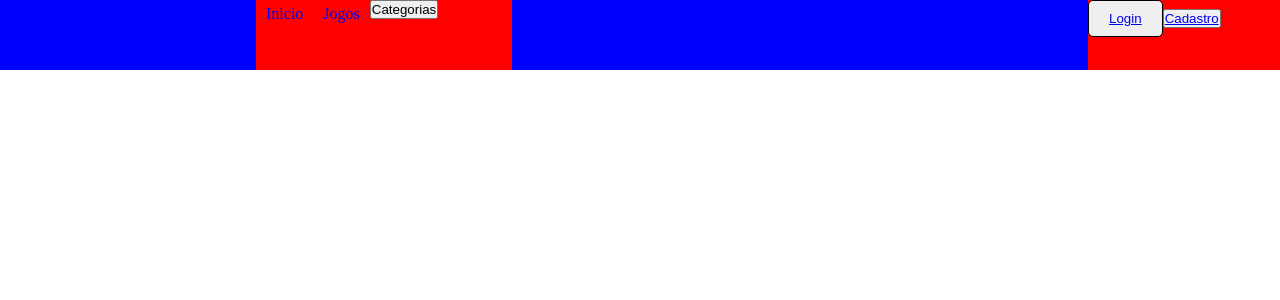
Repository: MarcoantonioCaldeira/Projeto-Go-Gamming
Page: /
An editor plug-in stored every save of this project. The page is shown before and after the next save, followed by the edit.
The browser window is 1280 px wide. The pictures show the whole page.
The project was rebuilt for these pictures with package versions that can differ from the ones it lists, and the page was loaded fresh each time. Also part of the build but not shown: src/pages/Inicio/estilo.css, src/pages/rodape/rodape.js, src/pages/Inicio/Inicio.js, src/pages/Jogos/Jogos.js, src/pages/Categorias/Acao.js, src/pages/Categorias/Aventura.js, src/pages/Categorias/Arcades.js, src/pages/Categorias/Familia.js and 7 more.

Above is the page before, as saved 2023-02-05 14:13:18.

### src/App.js
import ReactDOM from "react-dom/client";
import "./fonts/Poppins.ttf";
import { BrowserRouter, Routes, Route } from "react-router-dom";

import Menu from "./pages/Menu/Menu";
import Inicio from "./pages/Inicio/Inicio";

//Categorias
import Jogos from "./pages/Jogos/Jogos";
import Acao from "./pages/Categorias/Acao";
import Aventura from "./pages/Categorias/Aventura";
import Arcades from "./pages/Categorias/Arcades";
import Familia from "./pages/Categorias/Familia";
import Independentes from "./pages/Categorias/Independentes";
import Jogos_RPG from "./pages/Categorias/Jogos_RPG";
import Gratuitos from "./pages/Categorias/Gratuitos";
import Terror from "./pages/Categorias/Terror";
import Suspence from "./pages/Categorias/Suspence";


import Login from "./pages/Login/Login";
import Cadastro from "./pages/Cadastro/Cadastro";

function App() {
  return (
   <BrowserRouter>
    <Routes>
      <Route path="/" element={<Menu />}>
        <Route path="Inicio" element={<Inicio />}/>
        <Route path="jogos" element={< Jogos />}/>
          <Route path="Acao" element={<Acao />}/>
          <Route path="Aventura" element={<Aventura />}/>
          <Route path="Arcades" element={<Arcades />}/>
          <Route path="Familia" element={<Familia />}/>
          <Route path="Independentes" element={<Independentes />}/>
          <Route path="Jogos_RPG" element={<Jogos_RPG />}/>
          <Route path="Gratuitos" element={<Gratuitos />}/>
          <Route path="Terror" element={<Terror />}/>
          <Route path="Suspence" element={<Suspence />}/>
        <Route path="Login" element={<Login />}/>
        <Route path="Cadastro" element={<Cadastro />}/>
      </Route>
    </Routes>
   </BrowserRouter>
  );
}

const root = ReactDOM.createRoot(document.getElementById('root'))
root.render(<App />);
export default App;

### src/pages/Menu/Menu.js
import { Outlet, Link } from "react-router-dom";
import './estilo.css';


const Menu = () => {
  return (
      <>
        <nav id="nav_bar">
          <ul id="menu">
            <li>
              <Link to="./Inicio">Inicio</Link>
            </li>
            <li>
              <Link to="./Jogos">Jogos</Link>
            </li>
            <div class="dropdown" >
              <button class="dropbtn">Categorias</button>
                  <div class="dropdown-content">
                    <a><Link to="./Acao">Ação</Link></a>
                    <a><Link to="./Aventura">Aventura</Link></a>
                    <a><Link to="./Arcades">Arcades</Link></a>
                    <a><Link to="./Familia">Familia</Link></a>
                    <a><Link to="./Independentes">Independetes</Link></a>
                    <a><Link to="./Jogos_RPG">Jogos_RPG</Link></a>
                    <a><Link to="./Gratuitos">Gratuitos</Link></a>
                    <a><Link to="./Terror">Torror</Link></a>
                    <a><Link to="./Suspence">Suspence</Link></a>
                  </div>
            </div>
          </ul>
          <div id="area_cliente">
            <button class="area_cliente_login"><Link to="./Login">Login</Link></button>
            <button class="area_cliente_cadastro"><Link to="./Cadastro">Cadastro</Link></button>
          </div>
        </nav>
        <Outlet />
      </>
  )
};

export default Menu;

### src/pages/Menu/estilo.css

*{
    margin: 0;
    padding: 0;
}

/* a, ul{
    display: inline;
    color: white;
    text-decoration: none !important;
    font-family: Arial;
} */


#nav_bar{
    width: 100%;
    height: 70px;
    background-color: blue;
}


#menu{
    width:20%;
    height: 70px;
    margin-left: 20%;
    background-color: red;
    list-style:none;
}

#nav_bar li{
    position:relative;
    float:left;
}

#nav_bar li a{ text-decoration:none; padding:5px 10px; display:block;}

/* DropDown Button */

.dropdown {
    position: relative;
    display: inline-block;
}


.dropbtn {
    /* background-color: #4CAF50; */
    /* color: white; */
    /* padding: 16px; */
    /* font-size: 16px; */
    /* border: none; */
    /* cursor: pointer; */
}


.dropdown-content {
    display: none;
    position: absolute;
    background-color: #f9f9f9;
    font-weight: 500;
    font-family: 'Montserrat', sans-serif;
    min-width: 160px;
    box-shadow: 0px 8px 16px 0px rgba(0,0,0,0.2);
    z-index: 1;
  }

  .dropdown-content a {
    color: black;
    padding: 12px 16px;
    text-decoration: none;
    display: block;
  }

  .dropdown-content a:hover {background-color: #f1f1f1}


  .dropdown:hover .dropdown-content {
    display: block;
  }

  /* Area do Cliente */

  #area_cliente{
    position: relative;
    width: 15%;
    margin-left: 85%;
    margin-top: -5.5%;
    height: 70px;
    text-decoration: none;
    background-color: red;
  }

  .area_cliente_login{
    padding: 10px 20px;
    border-radius: 5px;
    font-family: 'Montserrat', sans-serif;
    text-decoration: none;
    border: 1px solid;
    border-color: none;
  }

  .area_cliente_Cadastro{
    padding: 10px 20px;
    border-radius: 5px;
    font-family: 'Montserrat', sans-serif;
    text-decoration: none;
    border: 1px solid;
    border-color: none;
  }

Loaded but not shown: public/index.html (common file); src/index.js (common file); src/reportWebVitals.js (common file)

After the next save:
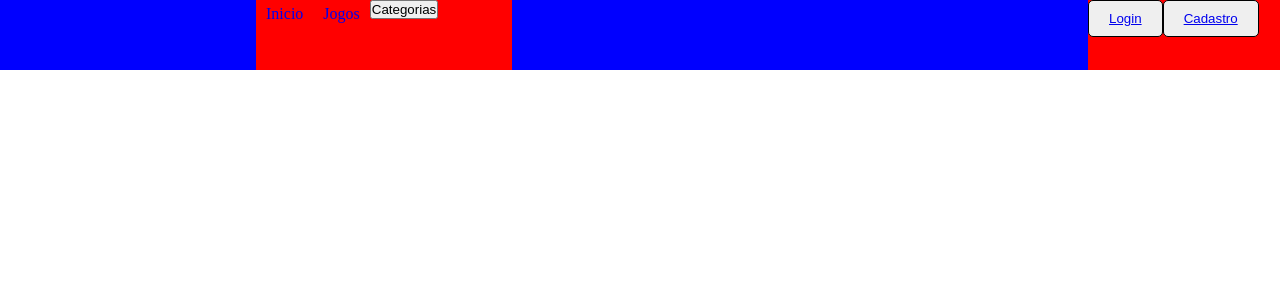
Saved 10 s later.
--- a/src/pages/Menu/estilo.css
+++ b/src/pages/Menu/estilo.css
@@ -98,7 +98,7 @@
     border-color: none;
   }
 
-  .area_cliente_Cadastro{
+  .area_cliente_cadastro{
     padding: 10px 20px;
     border-radius: 5px;
     font-family: 'Montserrat', sans-serif;
